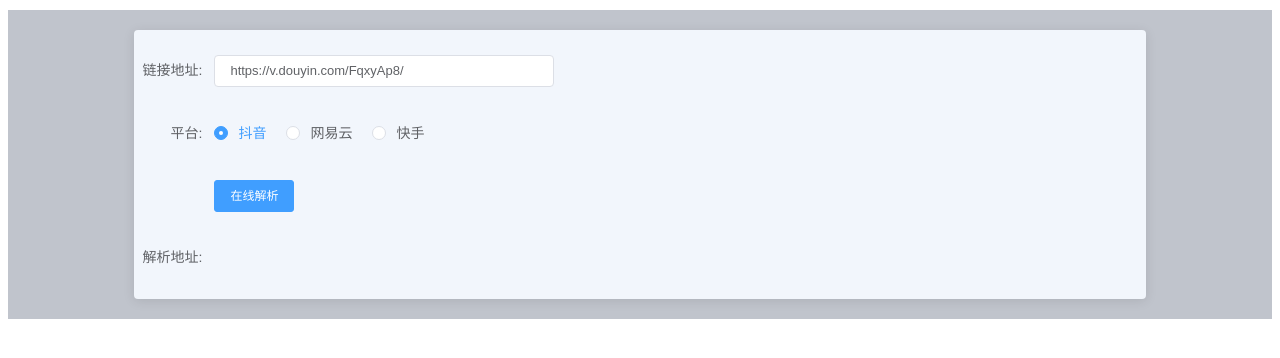
Repository: lyln/freepd
Page: / (app in frontend/freepd/)
These files come from the project's save history. The page is drawn as it stood at one moment and after the next save; the edit follows.
The browser window is 1280 px wide. The pictures show the whole page.
The project was rebuilt for these pictures with package versions that can differ from the ones it lists, and the page was loaded fresh each time. Also part of the build but not shown: frontend/freepd/src/components/HelloWorld.vue.

Above is the page before, as saved 2022-05-28 19:58:39.

### frontend/freepd/index.html
<!DOCTYPE html>
<html>
  <head>
    <meta charset="utf-8">
    <meta name="viewport" content="width=device-width,initial-scale=1.0">
    <meta name="referrer" content="no-referrer" />
    <title>freepd</title>
  </head>
  <body>
    <div id="app"></div>
    <!-- built files will be auto injected -->
  </body>
</html>

### frontend/freepd/src/main.js
// The Vue build version to load with the `import` command
// (runtime-only or standalone) has been set in webpack.base.conf with an alias.
import Vue from 'vue'
import App from './App'
import router from './router'
import ElementUI from 'element-ui';
import 'element-ui/lib/theme-chalk/index.css';

Vue.config.productionTip = false
Vue.use(ElementUI)


/* eslint-disable no-new */
new Vue({
  el: '#app',
  router,
  components: { App },
  template: '<App/>'
})

### frontend/freepd/src/App.vue
<template>
	<div id="app">
		<router-view />
	</div>
</template>

<script>
export default {
	name: 'App',
}
</script>

<style>
#app {
	font-family: 'Avenir', Helvetica, Arial, sans-serif;
	-webkit-font-smoothing: antialiased;
	-moz-osx-font-smoothing: grayscale;
	text-align: center;
	/* color: #2c3e50; */
	color: #34495e;
	margin-top: 10px;
	background-color: #fff;
}
</style>

### frontend/freepd/src/router/index.js
import Vue from 'vue'
import Router from 'vue-router'
import HelloWorld from '@/components/HelloWorld'

Vue.use(Router)

export default new Router({
  routes: [
    {
      path: '/',
      name: 'Home',
      component: ()=> import('@/views/Home')
    },
    {
      path: '/hello',
      name: 'Hello',
      component: HelloWorld
    }
  ]
})

### frontend/freepd/src/views/Home.vue

<template>
	<div class="home">
		<el-row type="flex" class="row-bg" justify="center">
			<div class="grid-content bg-purple">
				<el-col :span="18">
					<el-form ref="form" :model="form" label-width="80px">

						<el-form-item label="链接地址:" style="margin-top: 20px">
							<el-input v-model="form.url" size="small" style="width: 50%"></el-input>
						</el-form-item>
						<el-form-item label="平台:">
							<el-radio-group v-model="form.type">
								<el-radio :label="1">抖音</el-radio>
								<el-radio :label="2">网易云</el-radio>
								<el-radio :label="3">快手</el-radio>
							</el-radio-group>
						</el-form-item>

						<el-form-item>
							<el-button type="primary" size="small" @click="onSubmit">在线解析</el-button>
						</el-form-item>

						<el-form-item label="解析地址:">
							<!-- <el-link>视频地址</el-link> -->
							<video width="480" height="360" controls="controls" v-if='videoUrl'>
								<source :src="videoUrl" type="video/ogg">
								Your browser does not support the video tag.
							</video>
							<br>
							<audio width="260" ref="audio" v-if="audioUrl" class="audio" :src="audioUrl" controls="controls">Your browser does not support the audio tag.</audio>

						</el-form-item>

					</el-form>

				</el-col>
			</div>

		</el-row>
	</div>
</template>

<script>
import { douyin, wangyiyun, kuaishou } from '@/api/parse'

export default {
	name: 'Home',
	data() {
		return {
			form: {
				url: 'https://v.douyin.com/FqxyAp8/',
				type: 1,
			},
			videoUrl: '',
			audioUrl: '',
		}
	},
	methods: {
		onSubmit() {
			switch (this.form.type) {
				case 1:
					douyin(this.form)
						.then((res) => {
							console.log(res.data)
							this.videoUrl = res.data.video.play
							this.audioUrl = res.data.music.play
						})
						.catch((err) => {
							console.log('抖音解析请求失败', err)
						})
					break
				case 2:
					wangyiyun(this.form)
						.then((res) => {
							var dataUrl = res.data.data
							if (dataUrl.videos) {
								this.videoUrl = res.data.data.videos[0]
							} else {
								this.audioUrl = res.data.data.audios[0]
							}
						})
						.catch((err) => {
							console.log('网易云解析请求失败', err)
						})
					break
				case 3:
					kuaishou(this.form)
						.then((res) => {
							var dataUrl = res.data
							if (dataUrl.video) {
								this.videoUrl = dataUrl.video
							}
						})
						.catch((err) => {
							console.log('网易云解析请求失败', err)
						})
					break
				default:
					console.log('解析请求失败')
			}
		},
	},
}
</script>

<style lang="css" scoped>
.home {
}
.row-bg {
	background-color: #c0c4cc;
}

.bg-purple {
	margin: 20px 0;
	background: #f2f6fc;
	box-shadow: 0 2px 12px 0 rgba(0, 0, 0, 0.1);
}
.grid-content {
	border-radius: 4px;
	width: 80%;
}

.el-form-item {
	text-align: left;
}

.el-radio {
	margin-right: 20px;
}

video {
	object-fit: fill;
}

audio {
	object-fit: fill;
}
</style>

### frontend/freepd/src/api/parse.js
import axios from 'axios'

let baseURL='http://127.0.0.1:8080/'

export function douyin(data) {
    return axios({
        method: "post",
        url: baseURL+"douyin",
        data: {
            url: data.url
        }
      })
  }

export function wangyiyun(data) {
    return axios({
        method: "post",
        url: baseURL+"wangyiyun",
        data: {
            url: data.url
        }
      })
  }
export function kuaishou(data) {
    return axios({
        method: "post",
        url: baseURL+"kuaishou",
        data: {
            url: data.url
        }
      })
  }

After the next save:
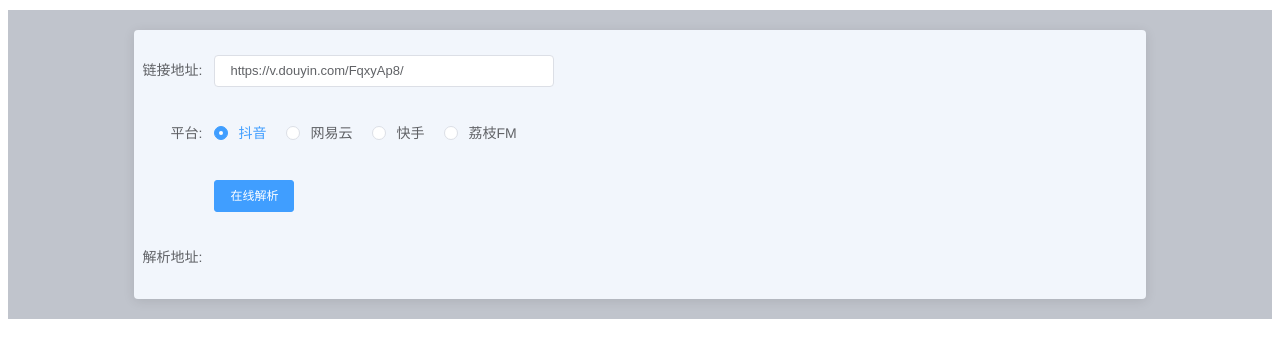
Saved 2 min 20 s later.
--- a/frontend/freepd/src/views/Home.vue
+++ b/frontend/freepd/src/views/Home.vue
@@ -14,6 +14,7 @@
 								<el-radio :label="1">抖音</el-radio>
 								<el-radio :label="2">网易云</el-radio>
 								<el-radio :label="3">快手</el-radio>
+								<el-radio :label="4">荔枝FM</el-radio>
 							</el-radio-group>
 						</el-form-item>
 
